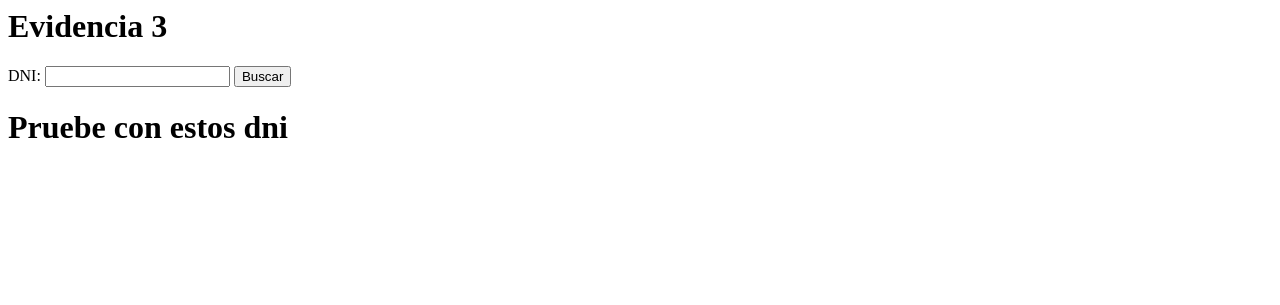
Repository: quino22/ulasalle
Page: ev3-70391273/war/index.html
These files come from the project's save history. The page is drawn as it stood at one moment and after the next save; the edit follows.
The browser window is 1280 px wide. The pictures show the whole page.

Above is the page before, as saved 2016-11-04 16:40:04.

After the next save:
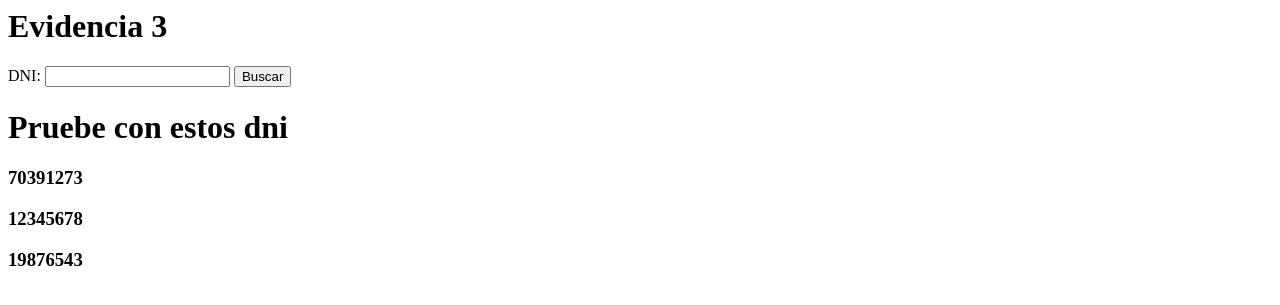
Saved 61 s later.
--- a/ev3-70391273/war/index.html
+++ b/ev3-70391273/war/index.html
@@ -20,5 +20,9 @@
 		<input type="submit" value="Buscar">
 	</form>
 	<h1>Pruebe con estos dni</h1>
+	<h3>70391273</h3>
+	<h3>12345678</h3>
+	<h3>19876543</h3>
+
   </body>
 </html>
